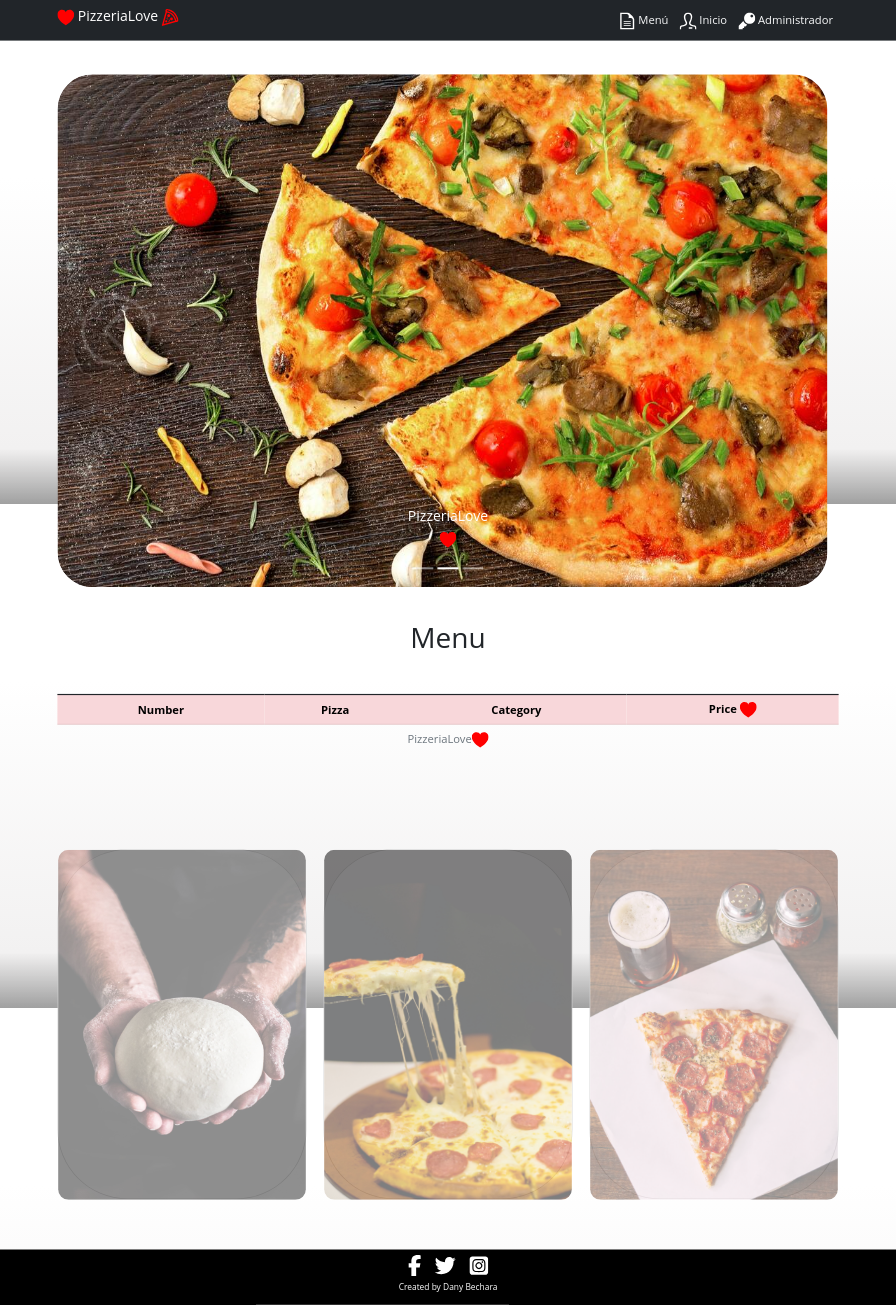
Repository: bechara611/PizzeriaLove
Page: /
The author's editor kept a copy of each file at every save. The page is drawn from the files as they stood at one save, then again after the next save.
The browser window is 1280 px wide. The pictures show the whole page, at 70% of full size.
The page's requests for data from a server got no answer. Backgrounds fixed to the window are drawn as part of the page. The project was rebuilt for these pictures with package versions that can differ from the ones it lists, and the page was loaded fresh each time. No one was signed in, and anything a server would have sent is missing. Also part of the build but not shown: src/App.css, src/App.js, src/Componentes/FormularioAgregarMenu.css, src/Elementos/Alerta.js, src/Elementos/AlertaRed.js, src/Componentes/FormularioAgregarMenu.js.

Above is the page before, as saved 2022-02-25 22:32:57.

### src/index.js
import React,{useState} from 'react';
import ReactDOM from 'react-dom';
import './index.css';
import 'bootstrap/dist/css/bootstrap.css'
import 'bootstrap/dist/js/bootstrap.bundle.min';
import Header from './Componentes/Header';
import {BrowserRouter,Route, Routes,NavLink} from 'react-router-dom'
import {App,App2} from './App';
import WebFont from 'webfontloader'
import './index.css'
import Carousel from './Componentes/Carousel';
import Menu from './Componentes/Menu';
import Footer from './Componentes/Footer';
import { FormularioAgregarMenu } from './Componentes/FormularioAgregarMenu';
import Galeria from './Componentes/Galeria';

WebFont.load({
  google: {
    families: ['Open Sans:400,500,700', 'Sans-serif']
  }
});

const Index = () => {
  const [administrador,cambiaradministrador]=useState(false);
  const [admin,cambiaradmin]=useState('');
  return (
  <BrowserRouter>
     <Header administrador={administrador} cambiaradministrador={cambiaradministrador} cambiaradmin={cambiaradmin} admin={admin}></Header>
   {admin==='admin' ? <h2 className='my-5 tittle text-dark text-center'>ADMIN</h2>:<></>}
     <Carousel></Carousel>

    <Routes>
    <Route path='/' element={<Menu borrar={false} />} ></Route>
    <Route path='/administrador' element={<FormularioAgregarMenu />} ></Route>
    <Route path='/inicio' element={<Menu borrar={false} />} ></Route>
    </Routes>


    <Footer></Footer>
    </BrowserRouter>
    );
}


ReactDOM.render(

  <Index />,
  document.getElementById('root')
);

### src/index.css
* {
  margin: 0;
  font-family:'Open Sans';
  /* Permalink - use to edit and share this gradient: https://colorzilla.com/gradient-editor/#ffffff+0,ffffff+100&1+0,0+100;White+to+Transparent */



}


body
{
  background: rgb(255,255,255);
  background: linear-gradient(180deg, rgba(255,255,255,1) 0%, rgba(255,255,255,1) 35%, rgba(242,241,241,1) 89%, rgba(10,10,10,0.38699229691876746) 100%);

  background-attachment:fixed;
}

### src/Componentes/Header.js
import {NavLink} from 'react-router-dom'
import styled from 'styled-components';
import { BotonTipoNavLink,BotonTipoNavLinkA } from '../Elementos/BotonTipoNavLink';
import {Pizza2,Administrador2,Inicio2,Menu2,Contacto2,Heart2}from '../Elementos/ImagenesSVG';
import {App,App2} from './../App';
import './Header.css'


const Header = ({cambiaradministrador,administrador,cambiaradmin}) => {
    let url1,urladmin;
    url1="/inicio";
    urladmin='/administrador'
      return (
        <>

        <nav className="navbar navbar-expand-sm navbar-dark bg-dark  header_nav">
        <div className="container contenedor1 ">
        <div className='hijo1_header'>
         <BotonTipoNavLink to={url1} className="navbar-brand"> <Heart2 / > PizzeriaLove <Pizza2></Pizza2></BotonTipoNavLink>



        </div>
      <div className='hijo2_header'>
        <button
        className="navbar-toggler mt-2"
        type="button"
        data-bs-toggle="collapse"
        data-bs-target="#menu"
        aria-controls="menu"
        aria-expanded="false"
        aria-label="Mostrar / Ocultar Menu"
      >
        <span className="navbar-toggler-icon"></span>
      </button>

      <div className="collapse navbar-collapse" id="menu">
      <ul className="navbar-nav me-auto mb-2 mb-lg-0 header_menu">
      <li className="nav-item opcion"><a href="#menuu" className="nav-link text-light  opcion" onClick={()=>{cambiaradmin('usuario')}}><Menu2></Menu2> Menú</a></li>
        <li className="nav-item"><BotonTipoNavLinkA to={url1} className="nav-link text-light" onClick={()=>{cambiaradmin('usuario')}}><Inicio2/> Inicio</BotonTipoNavLinkA></li>
        <li className="nav-item"><BotonTipoNavLink to={urladmin} className="nav-link text-light" onClick={()=>{cambiaradmin('admin')}}> <Administrador2 /> Administrador</BotonTipoNavLink></li>
      </ul>

    </div>
    </div>
        </div>

      </nav>

      </>
       );
    }

    export default Header;

### src/Componentes/Carousel.js
import { Heart2 } from '../Elementos/ImagenesSVG'
import imagen1 from './../Imagenes/carousel1.jpg'
import imagen2 from './../Imagenes/carousel2.jpg'
import imagen3 from './../Imagenes/carousel3.jpg'
import './Carousel.css'
const Carousel = () => {
    return (

        <>
<section className="main">
  <div className="container">
    <div className="row mt-5">
      <div className="col">
        <div className="carousel slide carousel-fade" id="mi-carousel" data-bs-ride="carousel">
          <div className="carousel-inner">
            <div className="carousel-item active">
            <div className="carousel-caption">
            <h5>PizzeriaLove</h5>
            <p><Heart2></Heart2></p>
          </div>
              <img className="img-fluid" src={imagen1} alt='' />
            </div>

            <div className="carousel-item" data-bs-interval="5000">
              <div className="carousel-caption">
                <h5>PizzeriaLove</h5>
                <p><Heart2></Heart2></p>
              </div>
              <img className="img-fluid" src={imagen2}  alt=''/>
            </div>
            <div className="carousel-item">
            <div className="carousel-caption">
            <h5>PizzeriaLove</h5>
            <p><Heart2></Heart2></p>
          </div>
            <img className="img-fluid" src={imagen3} alt='' />
            </div>
          </div>



          <button
            className="carousel-control-prev botonprev"
            type="button"
            data-bs-target="#mi-carousel"
            data-bs-slide="prev"
          >
            <span className="carousel-control-prev-icon  icono" aria-hidden="true"></span>
            <span className="visually-hidden">Prev</span>
          </button>
          <button
            className="carousel-control-next"
            type="button"
            data-bs-target="#mi-carousel"
            data-bs-slide="next"
          >
            <span className="carousel-control-next-icon icono" aria-hidden="true"></span>
            <span className="visually-hidden">Next</span>
          </button>




          <div className="carousel-indicators">
            <button
              type="button"
              className="active"
              data-bs-target="#mi-carousel"
              data-bs-slide-to="0"
              aria-label="Slide 1"
            ></button>
            <button
              type="button"
              className=""
              data-bs-target="#mi-carousel"
              data-bs-slide-to="1"
              aria-label="Slide 2"
            ></button>
            <button
              type="button"
              className=""
              data-bs-target="#mi-carousel"
              data-bs-slide-to="2"
              aria-label="Slide 3"
            ></button>
          </div>
        </div>
      </div>
    </div>
  </div>

</section>


        </>
     );
}

export default Carousel;

### src/Componentes/Menu.js
import React from 'react'
import { Heart2, Trash2 } from '../Elementos/ImagenesSVG';
import { db } from '../Firebase/FirebaseConfig';
import './Menu.css'
import useObtenerMenu from '../Hooks/useObtenerMenu';
import BorrarDocumento from '../Firebase/Borrar';
import Galeria from './Galeria';

const Menu = ({borrar}) => {
   const [platos,cambiarplatos]=useObtenerMenu();


    return (
        <>
        <div className="container contenedor-tabla">
        <div className="row my-5">

        <div className="col titulo">
        {borrar===true ?   <h1 className=''>Admin, you can delete a plate here:</h1> :    <h1 className=''>Menu</h1>}

        </div>
        </div>
            <div className="row my-5">

             <div className="table-responsive " id='menuu'>
            <table className="table table-hover table" >
            <caption className='captionMenu'>PizzeriaLove<Heart2></Heart2></caption>
             <thead>
             <tr className={borrar===true?'table-success' : 'table-danger'}>
             <th>Number</th>
             <th>Pizza</th>
             <th>Category </th>
             <th>Price <Heart2></Heart2> </th>
             </tr>
             </thead>
             <tbody>
             {
                 platos.map((plato,index)=>{
                     return <React.Fragment key={index}>
                     <tr onClick={()=>{


                     }} >
                     <td>{index +1}</td>
                     <td>{plato.plato}</td>
                     <td>{plato.categorias}</td>
                     {borrar===true ?    <td>{plato.precio}$  <Trash2 onClick={()=>{
                        if (borrar===true) {
                            BorrarDocumento(plato.id)
                         }
                     }}></Trash2> </td> : <td>{plato.precio}</td> }

                     </tr>
                     </React.Fragment>
                 })
             }
             </tbody>
             </table>
            </div>


            </div>
        </div>
        <Galeria></Galeria>
        </>

        )

}

export  default Menu;

### src/Componentes/Footer.js
import styled from "styled-components";
import './Footer.css'
import { FontAwesomeIcon } from '@fortawesome/react-fontawesome'
import { faCoffee } from '@fortawesome/free-solid-svg-icons'
import {  faFacebookF,faInstagramSquare,faTwitter } from '@fortawesome/free-brands-svg-icons';
import useObtenerMenu from "../Hooks/useObtenerMenu";


const Footer = () => {
    let face='https://www.facebook.com';
    let insta='https://www.instagram.com';
    let twitter='https://www.twitter.com';
    let nuevaPestana="_blank"

    return (
        <>
        <div className="container-fluid " >
        <div className="row fila">
        <footer className="col-12 footer">
        <a href={face} target={nuevaPestana} className='face'><FontAwesomeIcon icon={faFacebookF}/></a>
        <a href={twitter} target={nuevaPestana} className='twitter'><FontAwesomeIcon icon={faTwitter}/></a>
        <a href={insta} target={nuevaPestana} className='instagram'><FontAwesomeIcon icon={faInstagramSquare}/></a>

        </footer>
        <p className="col-12">Created by Dany Bechara</p>
        </div>
        </div>
        </>
     );
}

export default Footer;

### src/Componentes/Galeria.js
import React from 'react';
import './Galeria.css'
import  Pizza1 from './../Imagenes/Pizza1.jpg'
import  Pizza2 from './../Imagenes/Pizza2.jpg'
import  Pizza3 from './../Imagenes/Pizza3.jpg'
import  Pizza4 from './../Imagenes/Pizza4.jpg'
import  Pizza5 from './../Imagenes/Pizza5.jpg'
import  Pizza6 from './../Imagenes/Pizza6.jpg'
import  Pizza7 from './../Imagenes/Pizza7.jpg'
import  Pizza8 from './../Imagenes/Pizza8.jpg'
import {ReactComponent as Menu} from './../Imagenes/Menu.svg'
const Galeria = () => {
    return (

        <>
        <div className="container   py-5">
    <div className="row my-4 ">
        <div className="col-lg-4">
            <div className="card cardcita">
           < img src={Pizza5} alt="" className=" cardcitaImagen"></img>
            </div>
        </div>
        <div className="col-lg-4">
            <div className="card cardcita">
           < img src={Pizza2} alt="" className="cardcitaImagen"></img>
            </div>
        </div>
        <div className="col-lg-4">
            <div className="card cardcita">
           < img src={Pizza8} alt="" className="cardcitaImagen"></img>
            </div>
        </div>
    </div>


        </div>
        </>
     );
}

export default Galeria;

### src/Elementos/BotonTipoNavLink.js
import styled from "styled-components"
import { NavLink } from "react-router-dom"
    const BotonTipoNavLink = styled(NavLink)`
    &:hover
    {
      text-decoration: underline;
      color: black;
    }
    `

    const BotonTipoNavLinkA=styled(BotonTipoNavLink)`
    text-decoration: none;
      color: black;
      cursor:pointer;
    `
    export {BotonTipoNavLink,BotonTipoNavLinkA}

### src/Elementos/ImagenesSVG.js
import styledComponents from 'styled-components';
import {ReactComponent as Pizza} from './../Imagenes/Pizza.svg'
import {ReactComponent as Inicio} from './../Imagenes/Inicio.svg'
import {ReactComponent as Menu} from './../Imagenes/Menu.svg'
import {ReactComponent as Administrador} from './../Imagenes/Administrador.svg'
import {ReactComponent as Contacto} from './../Imagenes/Contacto.svg'
import {ReactComponent as Heart} from './../Imagenes/Heart.svg'
import {ReactComponent as Trash} from './../Imagenes/Trash.svg'
const Pizza2 = styledComponents(Pizza)`
font-size:10px;
z-index: 1;
color:white;
fill:red;

`;
const Inicio2 = styledComponents(Inicio)`
font-size:10px;
z-index: 1;
color:white;
fill:white;

`;
const Menu2 = styledComponents(Menu)`
font-size:10px;
z-index: 1;
color:white;
fill:white;

`;
const Administrador2 = styledComponents(Administrador)`
font-size:10px;
z-index: 1;
color:white;
fill:white;

`;

const Contacto2 = styledComponents(Contacto)`
font-size:10px;
z-index: 1;
color:white;
fill:white;

`;

const Heart2 = styledComponents(Heart)`
font-size:10px;
z-index: 1;
color:white;
fill:red;

`;

const Trash2=styledComponents(Trash)`
fill:blue;
cursor:pointer;
`

export {Pizza2,Administrador2,Inicio2,Menu2, Contacto2,Heart2,Trash2}

### src/Componentes/Header.css

*{
   box-sizing: border-box;
   margin: 0;
   padding: 0;


}
.header_nav2
{
    /* margin-top: -8px; */
    background: -moz-linear-gradient(top,  rgba(211,126,128,1) 0%, rgba(146,171,207,0) 76%, rgba(134,179,222,0) 90%, rgba(125,185,232,0) 100%); /* FF3.6-15 */
background: -webkit-linear-gradient(top,  rgba(211,126,128,1) 0%,rgba(146,171,207,0) 76%,rgba(134,179,222,0) 90%,rgba(125,185,232,0) 100%); /* Chrome10-25,Safari5.1-6 */
background: linear-gradient(to bottom,  rgba(211,126,128,1) 0%,rgba(146,171,207,0) 76%,rgba(134,179,222,0) 90%,rgba(125,185,232,0) 100%); /* W3C, IE10+, FF16+, Chrome26+, Opera12+, Safari7+ */
filter: progid:DXImageTransform.Microsoft.gradient( startColorstr='#d37e80', endColorstr='#007db9e8',GradientType=0 ); /* IE6-9 */


}
body
{
    /* background: url(./../Imagenes/textura.png);
	background-repeat: repeat;
	background-attachment: fixed; */
}

.nav
{


}

.contenedor12
{

    /* min-height: 300px;  */
}

.hijo1_header
{
    align-self: start;
    /* margin-top: 2%; */

}
.hijo2_header
{
    /* margin-top: 2%; */
    align-self: start;
}
.header_menu
{

}

.opcion
{
text-decoration: dotted;
display: inline-block;
opacity: 1;

}



.opcion:hover
{
    text-decoration: underline;
}

.opcion:link
{
color: green;
}

### src/Componentes/Carousel.css
.carousel-inner{border-radius: 50px;}
.carousel-item{border-radius: 50px;}
.img-fluid{border-radius: 50px;}
.icono {
    height: 100px;
    width: 100px;

      /*shape border*/
      border: 5px solid white;
      border-radius: 50%; /*zero for square */
      opacity: 0.3;
      /*symbol */
      color: BLACK;



}
.icono:hover{opacity: 1;}

### src/Firebase/FirebaseConfig.js
import { initializeApp } from "firebase/app";
import { getAnalytics } from "firebase/analytics";
import { getFirestore } from "firebase/firestore";
import { getAuth, createUserWithEmailAndPassword } from "firebase/auth";

const firebaseConfig2 = {
    apiKey: "AIzaSyDhYuWK_8Uy4S-BtkFmFfityIjQnt4M3Is",
    authDomain: "pizzerialove-00.firebaseapp.com",
    projectId: "pizzerialove-00",
    storageBucket: "pizzerialove-00.appspot.com",
    messagingSenderId: "356504995914",
    appId: "1:356504995914:web:c5fee404edbf5f32affeb3",
    measurementId: "G-CK1N9HMEKD"
  };


    const firebaseConfig = {
      apiKey:process.env.REACT_APP_FIREBASE_API_KEY,
      authDomain:process.env.REACT_APP_FIREBASE_AUTH_DOMAIN,
      projectId:process.env.REACT_APP_FIREBASE_PROJECT_ID,
      storageBucket:process.env.REACT_APP_FIREBASE_STORAGE_BUCKET,
      messagingSenderId:process.env.REACT_APP_FIREBASE_MESSAGING_SENDER_ID,
      appId:process.env.REACT_APP_FIREBASE_APP_ID,
      measurementId:process.env.REACT_APP_FIREBASE_MEASUREMENT_ID
    };



// Initialize Firebase
const app = initializeApp(firebaseConfig);
const analytics = getAnalytics(app);
const db= getFirestore();
const auth=getAuth();

export {app,analytics,db,auth};

### src/Componentes/Menu.css
.captionMenu
{
    text-align: center;
}

.titulo{text-align: center;}

td{text-align: center;}
th{text-align: center;}

.basurita{background: black;}

.table-responsive{




    }

### src/Hooks/useObtenerMenu.js
import React,{useEffect,useState} from 'react'
import { db } from '../Firebase/FirebaseConfig';
import { collection,onSnapshot } from 'firebase/firestore';

const useObtenerMenu = () => {
    const [platos,cambiarplatos]=useState([{}])
    useEffect(()=>{

            const FuncionObtenerMenu=onSnapshot(collection(db,'menu'), (snapShot)=>{

               let vectormenu=snapShot.docs.map((documento)=>{
                  // console.log(documento.id)
                    return {...documento.data(),id:documento.id}
                })
              //  console.log(vectormenu);
              cambiarplatos([{}])
                cambiarplatos(vectormenu)
            })




            return FuncionObtenerMenu;
          },[])
          return [platos,cambiarplatos]
}

export default useObtenerMenu;

### src/Firebase/Borrar.js
import { db,app } from './FirebaseConfig'
import {doc,deleteDoc, } from 'firebase/firestore'
const BorrarDocumento =async (id) => {
  try {
  await deleteDoc(doc(db,'menu',id));

   } catch (error) {
    console.log(error)
   }

}

export default BorrarDocumento;

### src/Componentes/Footer.css
.footer
{
    display: flex;
    flex-direction: row;
    justify-content: center;

}
.fila
{
    display: flex;
    justify-content: center;
    text-align: center;
    background: black;
    font-size: 12px;
}
.fila p
{

color: white;
}
.footer a{
    text-decoration: none;
font-size: 30px;
display: inline-block;
color: white;
margin: 0 10px;
}
.face:hover{color: blue;}
.twitter:hover{color: lightblue;}
.instagram:hover{color:#fcaf45}

### src/Componentes/Galeria.css
.cardcita{
   border-radius: 100px;
   max-height: 500px;
   min-height: 500px;


}

.cardcitaImagen
{
    border-radius: 15px;
    max-height: 500px;
   min-height: 500px;
   opacity: .5;
}
.cardcitaImagen:hover{opacity: 1;}

Loaded but not shown: public/index.html (common file)

After the next save:
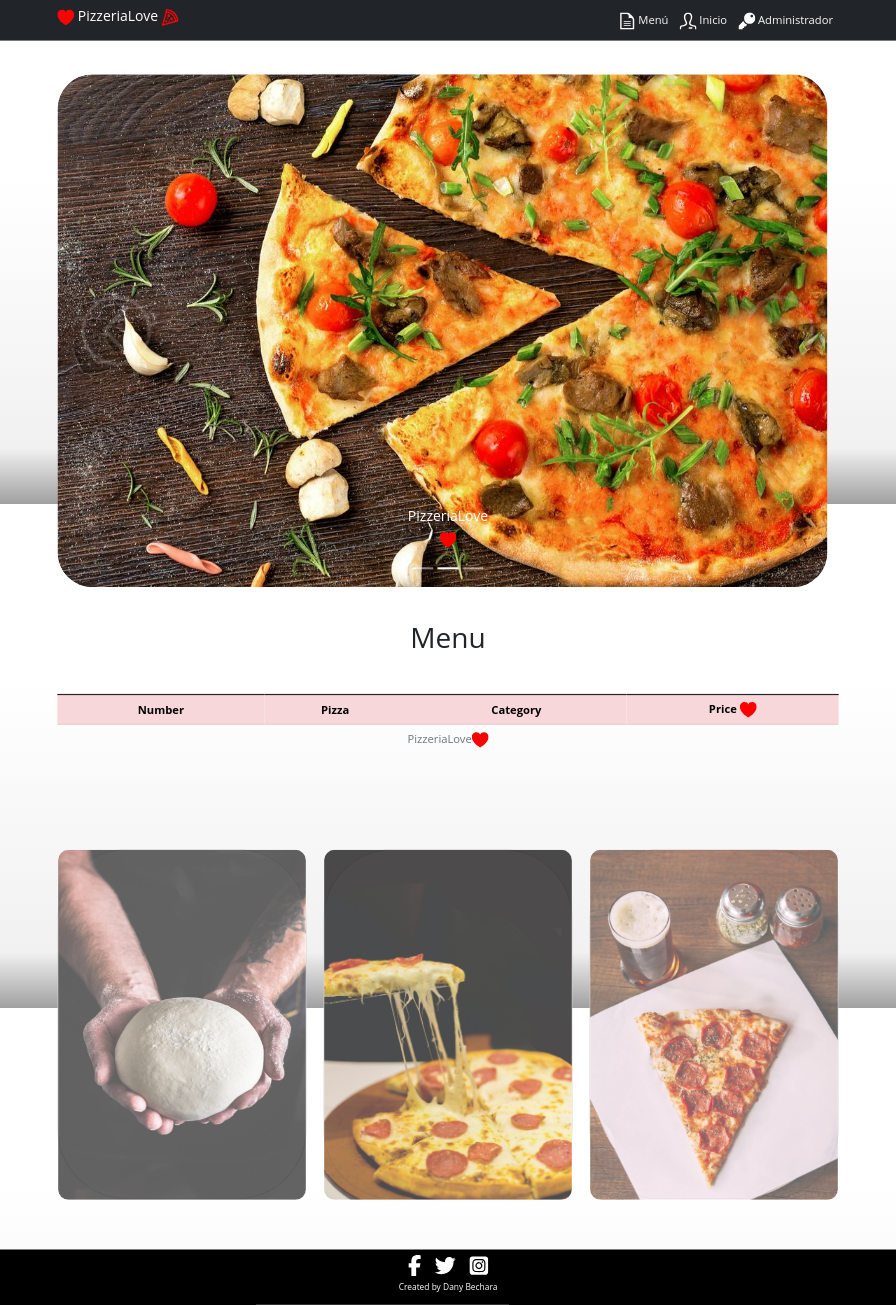
Saved 18 s later.
--- a/src/Componentes/Galeria.css
+++ b/src/Componentes/Galeria.css
@@ -11,6 +11,6 @@
     border-radius: 15px;
     max-height: 500px;
    min-height: 500px;
-   opacity: .5;
+   opacity: .7;
 }
 .cardcitaImagen:hover{opacity: 1;}
